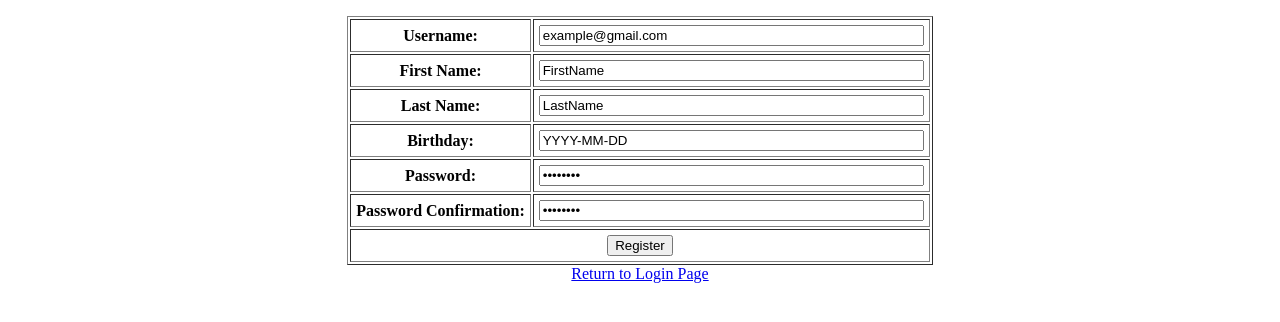
Repository: DBMS-Project-1/Part-1
Page: http://localhost/database/register.jsp
An editor plug-in stored every save of this project. The page is shown before and after the next save, followed by the edit.
The browser window is 1280 px wide. The pictures show the whole page.
The page is served by Tomcat 9.

Above is the page before, as saved 2023-10-06 02:38:42.

After the next save:
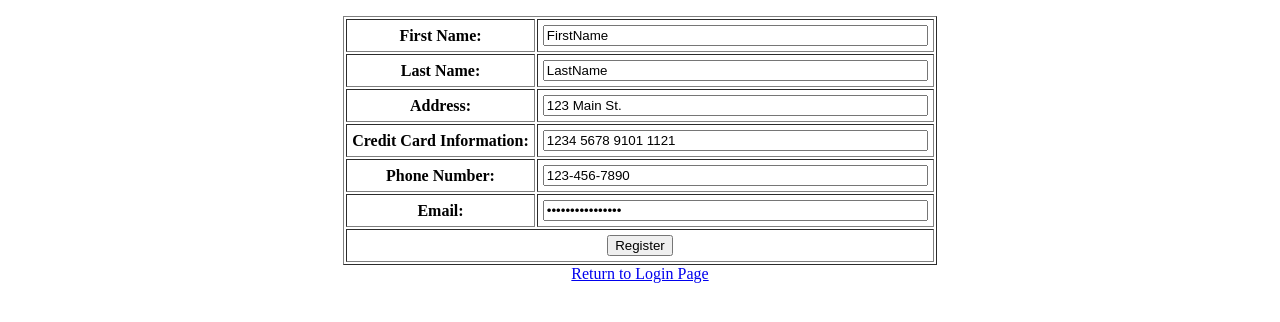
Saved 7 days later.
--- a/database/WebContent/register.jsp
+++ b/database/WebContent/register.jsp
@@ -9,12 +9,6 @@
 		<p> ${errorTwo } </p>
 		<form action="register">
 			<table border="1" cellpadding="5">
-				<tr>
-					<th>Username: </th>
-					<td align="center" colspan="3">
-						<input type="text" name="email" size="45"  value="example@gmail.com" onfocus="this.value=''">
-					</td>
-				</tr>
 				<tr>
 					<th>First Name: </th>
 					<td align="center" colspan="3">
@@ -28,24 +22,32 @@
 					</td>
 				</tr>
 				<tr>
-					<th>Birthday: </th>
+					<th>Address: </th>
 					<td align="center" colspan="3">
-						<input type="text" name="birthday" size="45" value="YYYY-MM-DD" onfocus="this.value=''">
+						<input type="text" name="birthday" size="45" value="123 Main St." onfocus="this.value=''">
 					</td>
 
 				</tr>
 				<tr>
-					<th>Password: </th>
+					<th>Credit Card Information: </th>
 					<td align="center" colspan="3">
-						<input type="password" name="password" size="45" value="password" onfocus="this.value=''">
+						<input type="text" name="birthday" size="45" value="1234 5678 9101 1121" onfocus="this.value=''">
 					</td>
+
 				</tr>
 				<tr>
-					<th>Password Confirmation: </th>
+					<th>Phone Number: </th>
 					<td align="center" colspan="3">
-						<input type="password" name="confirmation" size="45" value="password" onfocus="this.value=''">
+						<input type="text" name="birthday" size="45" value="123-456-7890" onfocus="this.value=''">
 					</td>
 
+				</tr>
+
+				<tr>
+					<th>Email: </th>
+					<td align="center" colspan="3">
+						<input type="password" name="password" size="45" value="example@mail.com" onfocus="this.value=''">
+					</td>
 				</tr>
 				<tr>
 					<td align="center" colspan="5">
